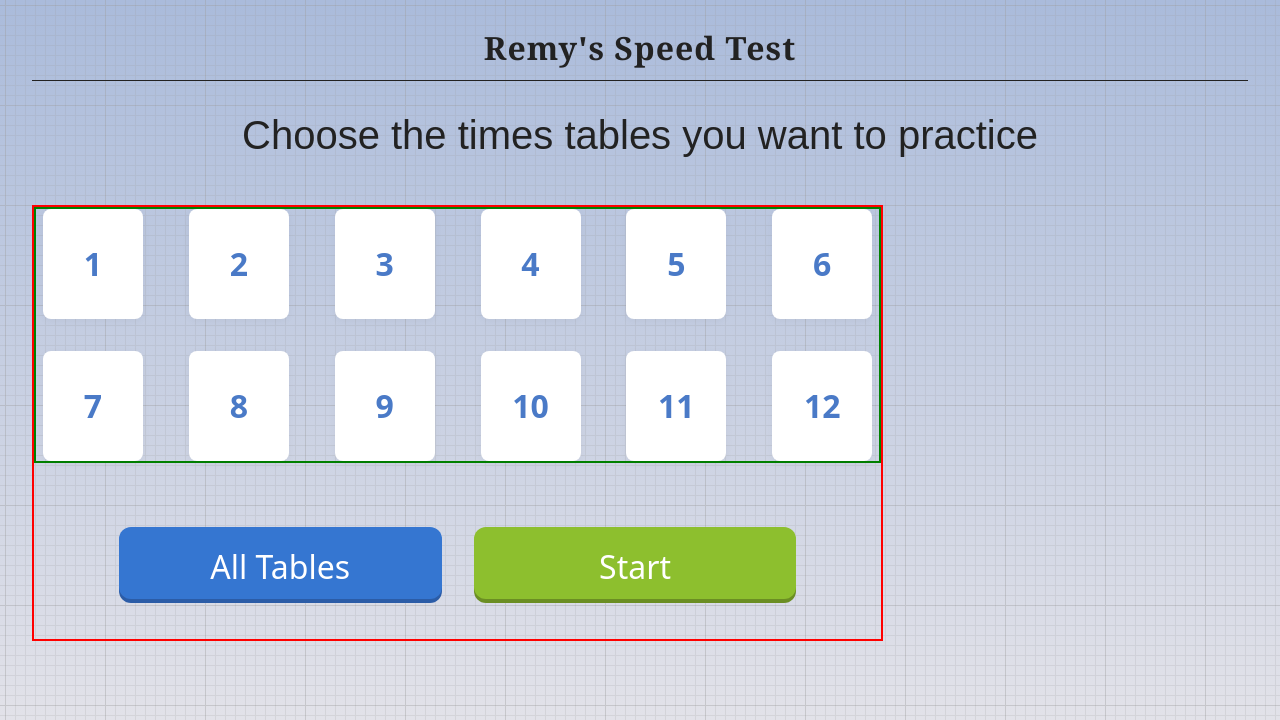
Repository: Chinurum-Omenuko/remys-speed-test
Page: / (app in app/)
An editor plug-in stored every save of this project. The page is shown before and after the next save, followed by the edit.
The browser window is 1280 px wide. The pictures show the whole page.
The project was rebuilt for these pictures with package versions that can differ from the ones it lists, and the page was loaded fresh each time. The framework's server and built-in components were replaced by stand-ins that run in the browser. Also part of the build but not shown: app/svelte.config.js, app/vite.config.ts.

Above is the page before, as saved 2025-11-17 21:17:03.

After the next save:
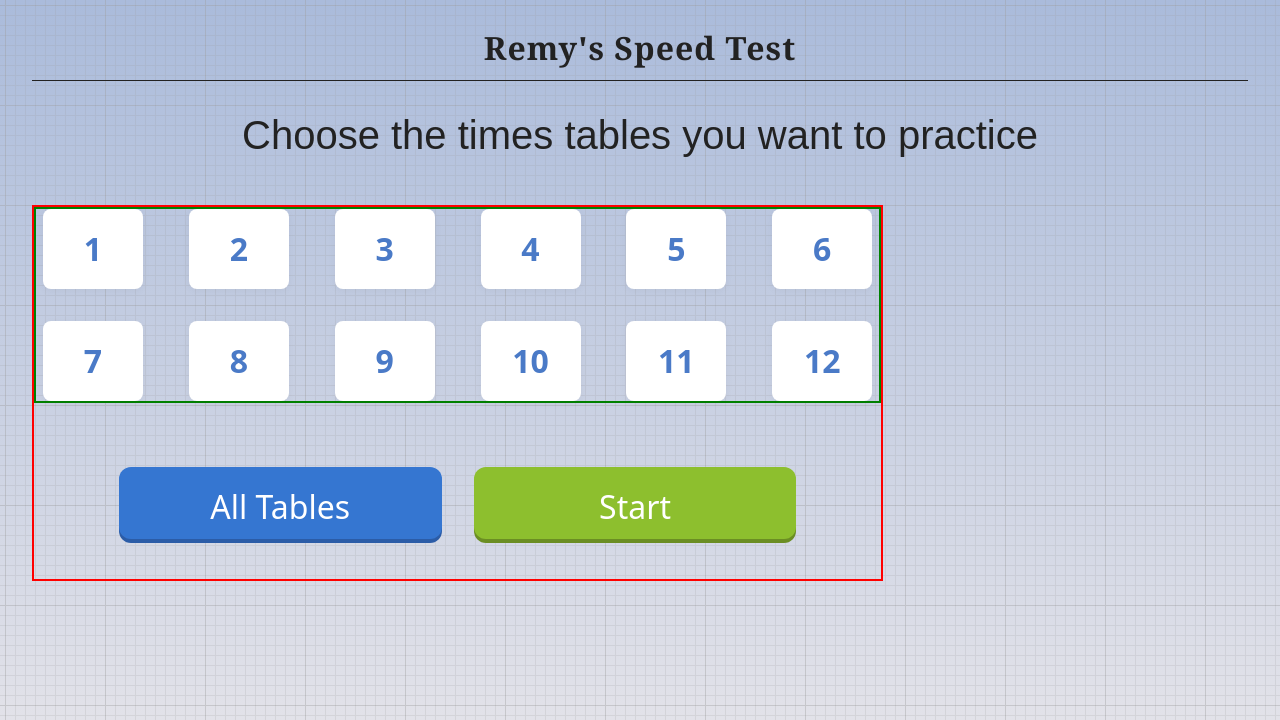
Saved 26 s later.
--- a/app/src/routes/+page.svelte
+++ b/app/src/routes/+page.svelte
@@ -264,7 +264,7 @@
 		}
 		.table-btn {
 			max-width: 140px;
-			height: 110px;
+			max-height: 110px;
 			font-size: 2rem;
 		}
 		.actions {
